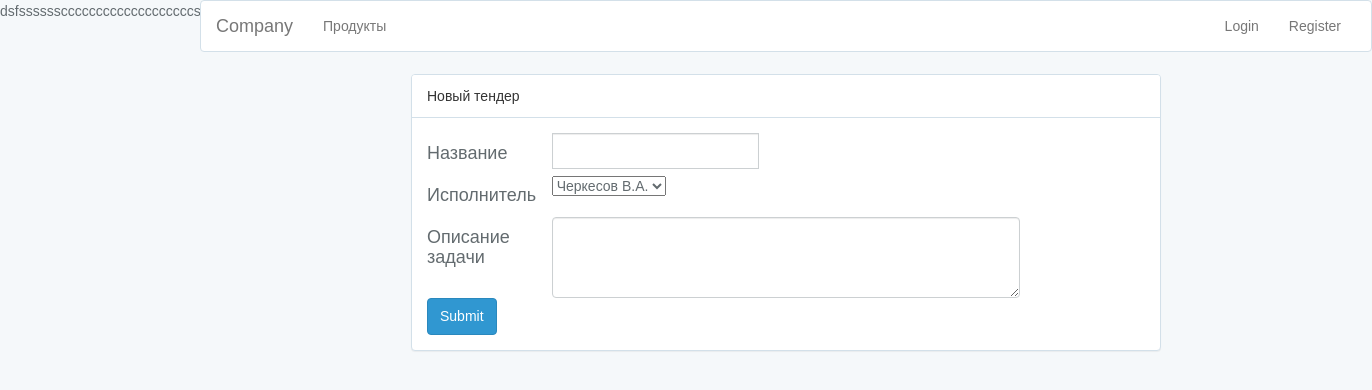
Repository: blackjack043/laravel-crud
Page: http://localhost/page2
An editor plug-in stored every save of this project. The page is shown before and after the next save, followed by the edit.
The browser window is 1280 px wide. The page is 1372 px wide, so the pictures cover 1372 px, including what lies to the right of the window. The pictures show the whole page.
Some web fonts or font styles are not loaded; a fallback is used. The page is served by the project's Laravel application, run on PHP 8.4 with Laravel 8.

Above is the page before, as saved 2022-03-06 21:14:23.

After the next save:
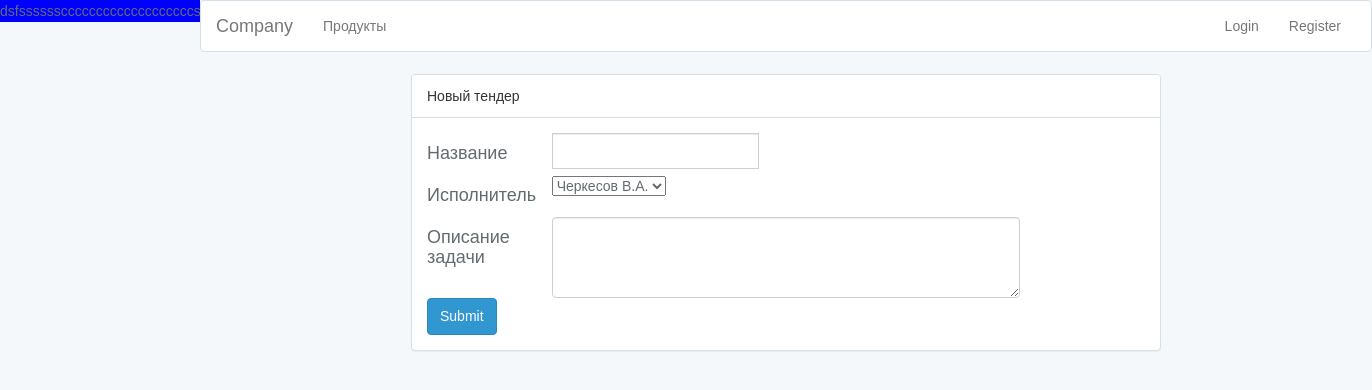
Saved 16 s later.
--- a/resources/views/layouts/app2.blade.php
+++ b/resources/views/layouts/app2.blade.php
@@ -22,7 +22,7 @@
 </head>
 <body>
     <div id="app" style="display: flex;">
-        <div style="width:200px; height:110%" >dsfsssssscccccccccccccccccccssssssaas</div>
+        <div style="width:200px; height:110%;background: blue" >dsfsssssscccccccccccccccccccssssssaas</div>
         <div style="display:inline; ">
         <nav class="navbar navbar-default">
             <div class="container">
